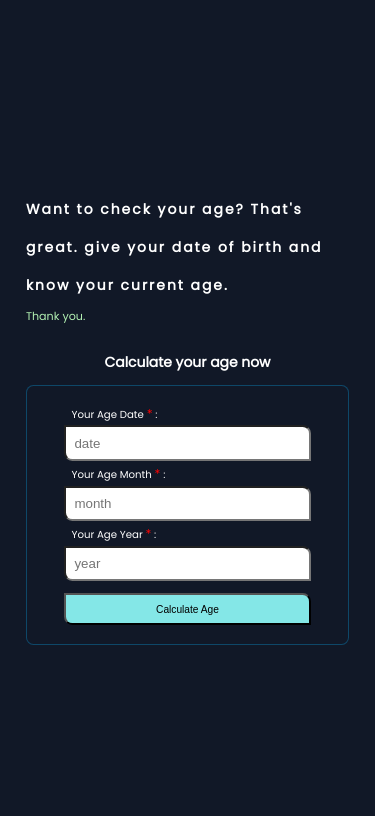
Repository: omarpervezz/age-calculator
Page: index.html
An editor plug-in stored every save of this project. The page is shown before and after the next save, followed by the edit.
The browser window is 375 px wide. The pictures show the whole page.
Some web fonts or font styles are not loaded; a fallback is used.

Above is the page before, as saved 2022-08-13 00:50:18.

### index.html
<!doctype html>
<html lang="en">

<head>
    <!-- Required meta tags -->
    <meta charset="utf-8">
    <meta name="viewport" content="width=device-width, initial-scale=1">

    <!-- Font Awesome Icons  -->
    <link rel="stylesheet" href="https://cdnjs.cloudflare.com/ajax/libs/font-awesome/5.15.1/css/all.min.css"
        integrity="sha512-+4zCK9k+qNFUR5X+cKL9EIR+ZOhtIloNl9GIKS57V1MyNsYpYcUrUeQc9vNfzsWfV28IaLL3i96P9sdNyeRssA=="
        crossorigin="anonymous" />

    <!-- Google Fonts  -->
    <link rel="preconnect" href="https://fonts.googleapis.com">
    <link rel="preconnect" href="https://fonts.gstatic.com" crossorigin>
    <link href="https://fonts.googleapis.com/css2?family=Poppins&display=swap" rel="stylesheet">
    <!-- Google Icon -->
    <link href="https://fonts.googleapis.com/icon?family=Material+Icons"
      rel="stylesheet">
      <link rel="stylesheet" href="https://fonts.googleapis.com/css2?family=Material+Symbols+Outlined:opsz,wght,FILL,GRAD@48,400,0,0" />
     <link rel="stylesheet" href="style.css">

    <title>Age Calculator</title>
</head>

<body>
   <div class="age_calculator_container">
    <div class="info container">
      <h1>Want to check your age? That's great. give your date of birth and know your current age.</h1>
      <span>Thank you.</span>
     </div>
    <div class="container">
      <h2>Calculate your age now</h2>
       <div class="box">
        <form action="#" id="form">
            <div class="date_of_birth">
              <label for="date">
                Your Age Date <span>*</span> :
              </label>
              <input type="number" id="date" placeholder="date" class="date">
            </div>
            <div class="date_of_month">
              <label for="month">
                Your Age Month <span>*</span> :
              </label>
              <input type="number" id="month" placeholder="month" class="month">
            </div>
            <div class="date_of_year">
              <label for="year">
                Your Age Year <span>*</span> :
              </label>
              <input type="number" id="year" placeholder="year" class="year">
            </div>
            <div class="submit_">
              <button type="submit" id="submit" class="btn btn-primary">Calculate Age</button>
            </div>
        </form>
       </div>

    </div>
   </div>

    <script src="calculate.js"></script>
</body>

</html>

### style.css
body{
  background-color: #111827;
  color: white;
  font-family: 'Poppins', sans-serif;
  box-sizing: border-box;
  height: 100vh;
  display: flex;
  justify-content: center;
  align-items:
  center;
  overflow-x: hidden;
}
:root{
  --width:100%;
}
html{
  font-size: 62.5%;
}
h1{
  font-size: 1.5rem;
  margin-bottom: .4rem;
  padding-top: 1rem;
  line-height: 38px;
  letter-spacing: 2px;
}
h2{
  text-align: center;
  margin-top: 3rem;
}
.info span{
  color: #b3f1b3;
  font-weight: normal;
  font-size: 1.2rem;
}
.container{
  max-width: calc(var(--width) - 30%);
  margin: auto;
}
.box{
  background-color: #111827;
  overflow: hidden;
  padding: 2rem 4rem;
  height: fit-content;
  border: .2rem solid #0d81b973;
  border-radius: .8rem;
}
.box div{
  width:100%;
}
.box label{
  width:100%;
  display: block;
  font-size: 1.1rem;
  margin-bottom: .3rem;
  padding: 0 .8rem;
}
.box label span{
  color: red;
  margin-top: 0rem;
  font-size: 1.3rem;
}
.box input{
  padding: .9rem .9rem;
  margin-bottom: .4rem;
  border-top-right-radius: .9rem;
  border-bottom-left-radius: .9rem;
  width: 100%;
  box-sizing: border-box;
  transition: 0.3s background linear;
  -webkit-transition: 0.3s background linear;
  -moz-transition: 0.3s background linear;
  -ms-transition: 0.3s background linear;
  -o-transition: 0.3s background linear;
}
.addFocused{
  background: rgb(0 0 0);
  border: .2rem solid #0f4768;
  color: white;
}
.addFocused::placeholder{
  color: white;
  text-transform: capitalize;
}
.submit_{
  width: 82%;
}
.submit_ button{
  width: 100%;
  padding: .9rem .9rem;
  border-top-right-radius: .9rem;
  border-bottom-left-radius: .9rem;
  font-size: 1.1rem;
  cursor: pointer;
  background: #84e7e7;
  margin-top: .9rem;
  transition: 0.6s background linear;
  -webkit-transition: 0.6s background linear;
  -moz-transition: 0.6s background linear;
  -ms-transition: 0.6s background linear;
  -o-transition: 0.6s background linear;
}
.submit_ button:hover{
  background: transparent;
  color: #fff;
  border: .1rem solid white;
}
.result_box{
  background-color: #005574;
  border-radius: .9rem;
  margin-top: 2rem;
  position: relative;
}
.result_content{
  display:
  flex;
  flex-direction: column;
  padding: 1.3rem 0;
}
.result_content div{
  display:
  flex;
  flex-direction: row;
  justify-content: space-evenly;
}
.result_content div span{
  color: #e9e8e9;
  font-weight: 400;
  display: inline-block;
  margin-bottom: .7rem;
}
.material-symbols-outlined{
  position: absolute;
  right: 1.3rem;
  font-size: 1.4rem;
  top: 0.8rem;
  cursor: pointer;
  color: #4febf3;
  font-weight: normal;
}

@media (max-width:476px){
  html{
    font-size: 58%;
  }
  .container{
    max-width: calc(var(--width) - 10%);
  }
}

### calculate.js
const birth_date = document.querySelector('.date');
const month = document.querySelector('.month');
const year = document.querySelector('.year');

// focus input and change bg
birth_date.addEventListener('focus', function(event){
  addClass(birth_date,event);
});
month.addEventListener('focus', function(event){
  addClass(month,event)
});
year.addEventListener('focus', function(event){
  addClass(year,event)
});
const addClass = (input,event) => {
  if(event.path[0].id == 'date'){
    event.path[0].classList.add('addFocused');
    month.classList.remove('addFocused');
    year.classList.remove('addFocused');
  }else if(event.path[0].id == 'month'){
    event.path[0].classList.add('addFocused');
    birth_date.classList.remove('addFocused');
    year.classList.remove('addFocused');
  }else if(event.path[0].id == 'year'){
    event.path[0].classList.add('addFocused');
    month.classList.remove('addFocused');
    birth_date.classList.remove('addFocused');
  }
}

const calculateAge = document.querySelector('#form');
calculateAge.addEventListener('submit', function(event) {
  event.preventDefault();
  let userDateOfBirth = document.querySelector('#date').value;  // 20
  let userBirthMonth = document.querySelector('#month').value;  // 12
  let userBirthYears = document.querySelector('#year').value;   // 1990

  // today date
  let date = new Date();   // new date
  let todayDate = date.getDate();  // current date
  let currentMonth = 1 + date.getMonth() // current month;
  let currentYear = date.getFullYear() // current year;
  let months_ = [31, 28, 31, 30, 31, 30, 31, 31, 30, 31, 30, 31] // random array for 31 28 30 calculated;


  if(userDateOfBirth > todayDate){  // checking if userdate > today date
    todayDate = todayDate + months_[currentMonth - 1]; // 44
    currentMonth = currentMonth - 1; //7
  }
if(userBirthMonth > currentMonth){
  console.log(currentMonth);
  currentMonth = currentMonth + 12; // 19
  console.log(currentMonth);
  currentYear = currentYear - 1; // 2021
}

  let d = todayDate - userDateOfBirth; // 13 - 20 = -7
  console.log(currentMonth);
  console.log(userBirthMonth);
  let m = currentMonth - userBirthMonth // 8 - 12 == -4;
  let y = currentYear - userBirthYears // 2022 - 1990 32;

  const box = document.querySelector('.box');

  box.innerHTML += `
  <div class="result_box">
  <span class="material-symbols-outlined" id="close-item">
close
</span>

  <div class="result_content">
   <div>
     <span>Your Age</span><span>${y} Years</span>
   </div>
   <div><span>Your Month</span><span>${m} Month</span></div>
   <div>
     <span>Your Days</span><span>${d} Days</span>
   </div>
  </div>
</div>
  `
  const item = document.querySelector('.result_box');
  const closeItem = document.querySelector('#close-item');
  closeItem.addEventListener('click', function(event){
    item.remove();
    location.reload();
  })
});

After the next save:
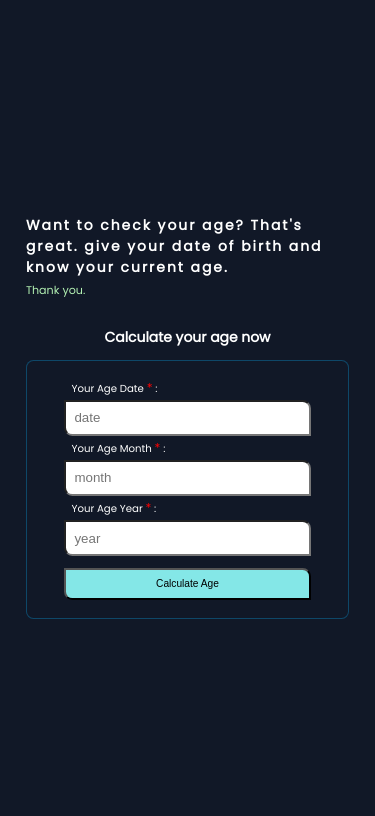
Saved 16 s later.
--- a/style.css
+++ b/style.css
@@ -142,6 +142,9 @@ h2{
   html{
     font-size: 58%;
   }
+  h1{
+    line-height: initial;
+  }
   .container{
     max-width: calc(var(--width) - 10%);
   }
